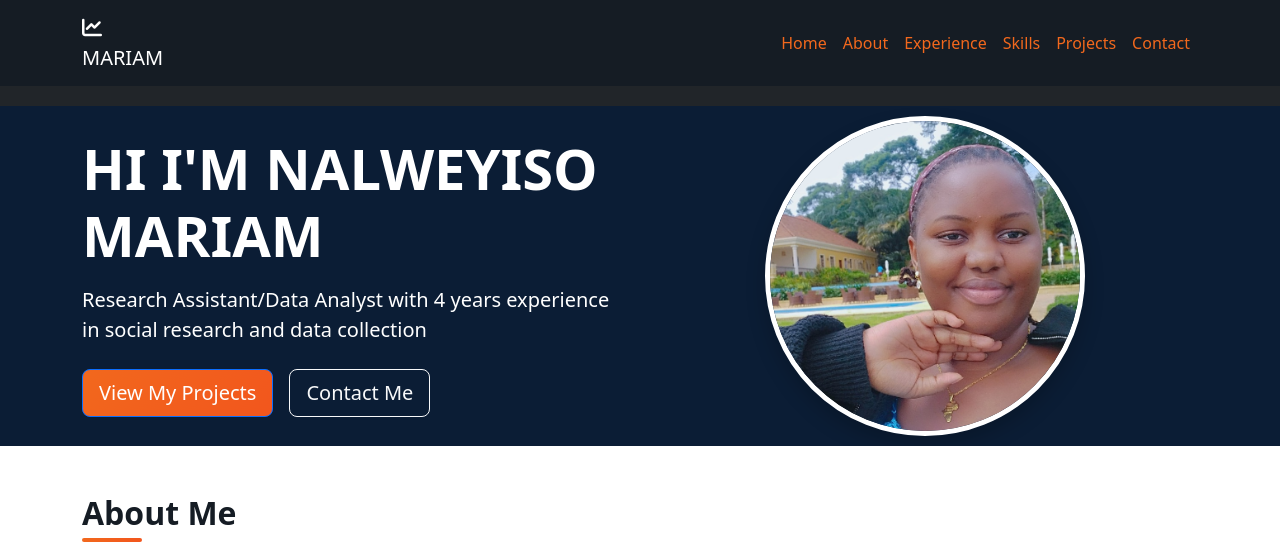
Repository: NalweMari/My-Personal-Portfolio
Page: index.html
The author's editor kept a copy of each file at every save. The page is drawn from the files as they stood at one save, then again after a run of saves.
The browser window is 1280 px wide. The pictures show the part of the page from y = 0 to 560 px (the page is 3723 px tall).
A picture or video elsewhere on the page could not be fetched, so the positions and the page height are approximate.

Above is the page before, as saved 2025-12-05 18:55:40.
Console error (its wording comes from the project's code and is left out).

### index.html
<!DOCTYPE html>
<html lang="en">
<head>
    <meta charset="UTF-8">
    <meta name="viewport" content="width=device-width, initial-scale=1.0">
    <title>Nalweyiso Mariam - Research assistant/Data Analyst </title>
    <link rel="stylesheet" href="style.css">
    <link href="https://cdn.jsdelivr.net/npm/bootstrap@5.3.0/dist/css/bootstrap.min.css" rel="stylesheet">
    <link rel="stylesheet" href="https://cdnjs.cloudflare.com/ajax/libs/font-awesome/6.4.0/css/all.min.css">
</head>
<body>

    <!-- Navigation -->
 <nav class="navbar navbar-expand-lg navbar-dark fixed-top">
        <div class="container">
            <a class="navbar-brand logo" href="#">
                <div class="logo-icon">
                    <i class="fas fa-chart-line"></i>
                </div>
                MARIAM
            </a>
            <button class="navbar-toggler" type="button" data-bs-toggle="collapse" data-bs-target="#navbarNav">
                <span class="navbar-toggler-icon"></span>
            </button>
            <div class="collapse navbar-collapse" id="navbarNav">
                <ul class="navbar-nav ms-auto">
                    <li class="nav-item"><a class="nav-link" href="#home">Home</a></li>
                    <li class="nav-item"><a class="nav-link" href="#about">About</a></li>
                    <li class="nav-item"><a class="nav-link" href="#experience">Experience</a></li>
                    <li class="nav-item"><a class="nav-link" href="#skills">Skills</a></li>
                    <li class="nav-item"><a class="nav-link" href="#portfolio">Projects</a></li>
                    <li class="nav-item"><a class="nav-link" href="#contact">Contact</a></li>
                </ul>
            </div>
        </div>
    </nav>

    <nav class="navbar navbar-expand-lg navbar-dark bg-dark fixed top">
        <div class="container sm">
            <a class="navbar-brand Logo" href="#"><img src="images/Initials_Logo-preview (1).png" alt="Your Logo"
                    height="80"></a> <button class="navbar-toggler" type="button" data- 6 toggle="collapse"
                data-target="#navbarNav" aria-controls="navbarNav" aria-expanded="false" aria-label="Toggle navigation">
                <span class="navbar-toggler-icon"></span> </button>
            <div class="collapse navbar-collapse" id="navbarNav">
                <ul class="navbar-nav ms-auto">
                    <li class="nav-item"><a class="nav-link" href="#home">Home</a></li>
                    <li class="nav-item"><a class="nav-link" href="#about">About</a></li>
                    <li class="nav-item"><a class="nav-link" href="#skills">Skills</a></li>
                    <li class="nav-item"><a class="nav-link" href="#portfolio">Portfolio</a></li>
                    <li class="nav-item"><a class="nav-link" href="#contact">Contact</a></li>
                </ul>
            </div>
        </div>
    </nav>

    <!-- Hero Section -->
    <section id="home" class="hero-section">
        <div class="container">
            <div class="row align-items-center">
                <div class="col-lg-6">
                    <h1 class="display-4 fw-bold mb-3">HI I'M NALWEYISO MARIAM</h1>
                    <p class="lead mb-4">Research Assistant/Data Analyst with 4 years experience in social research and
                        data
                        collection</p>
                    <div class="d-flex flex-wrap gap-3">
                        <a href="#portfolio" class="btn btn-primary btn-lg">View My Projects</a>
                        <a href="#contact" class="btn btn-outline-light btn-lg">Contact Me</a>
                    </div>
                </div>
                <div class="col-lg-6 text-center mt-5 mt-lg-0">
                    <img src="images/Profile design.png" class="profile-image rounded-circle" alt="Nalweyiso Mariam">
                </div>
            </div>
        </div>
    </section>

    <!-- About Section -->
    <section id="about" class="py-5 bg-custom">
        <div class="container">
            <h2 class="section-title">About Me</h2>
            <div class="row align-items-center">
                <div class="col-lg-4 text-center mb-4 mb-lg-0">
                    <img src="images/woman coding.jpg" class="img-fluid rounded shadow" alt="Nalweyiso Mariam"
                        style="max-width: 300px;">
                </div>
                <div class="col-lg-8">
                    <p class="lead"><strong>Motivated and detail-oriented professional with hands-on
                            experience in research and data collection.</strong></p>
                    <p>Currently developing strong analytical capacity with practical learning in Excel,
                        SQL, Python, and data visualization. Skilled in documentation, scheduling,
                        planning, teamwork, and report drafting, with additional beginner-level exposure to web
                        development.</p>
                    <div class="row mt-4">
                        <div class="col-md-6">
                            <ul class="list-unstyled">
                                <li class="mb-2"><i class="fas fa-check text-primary me-2"></i> Social Research</li>
                                <li class="mb-2"><i class="fas fa-check text-primary me-2"></i> Data Analysis</li>
                                <li class="mb-2"><i class="fas fa-check text-primary me-2"></i> Qualitative Methods
                                </li>
                            </ul>
                        </div>
                        <div class="col-md-6">
                            <ul class="list-unstyled">
                                <li class="mb-2"><i class="fas fa-check text-primary me-2"></i> web development</li>
                                <li class="nav-item"><i class="fas fa-check text-primary me-2"></i> Data
                                    Visualization
                                </li>
                                <li class="mb-2"><i class="fas fa-check text-primary me-2"></i> Project
                                    Documentation
                                </li>
                            </ul>
                        </div>
                    </div>
                    <div class="mt-4">
                        <a href="Resume/NALWEYISO-MARIAM-Resume-2025.pdf" class="btn btn-primary me-3"><i
                                class="fas fa-download me-2"></i>Download CV</a>
                        <a href="#contact" class="btn btn-outline-primary">Get In Touch</a>
                    </div>
                </div>
            </div>
        </div>
    </section>
    <!-- Skills Section -->
    <section id="skills" class="py-5">
        <div class="container">
            <h2 class="section-title text-center">My Skills</h2>
            <div class="row">
                <div class="col-md-6">
                    <h5 class="mt-4">Data Analysis & Research</h5>
                    <div class="skill-bar">
                        <div class="skill-progress" style="width: 90%"></div>
                    </div>

                    <h5 class="mt-4">Qualitative Research</h5>
                    <div class="skill-bar">
                        <div class="skill-progress" style="width: 85%"></div>
                    </div>

                    <h5 class="mt-4">Basic Analysis</h5>
                    <div class="skill-bar">
                        <div class="skill-progress" style="width: 70%"></div>
                    </div>

                    <h5 class="mt-4">Data Collection</h5>
                    <div class="skill-bar">
                        <div class="skill-progress" style="width: 88%"></div>
                    </div>
                </div>
                <div class="col-md-6">
                    <h5 class="mt-4">Data Visualization</h5>
                    <div class="skill-bar">
                        <div class="skill-progress" style="width: 65%"></div>
                    </div>

                    <h5 class="mt-4">Documentation</h5>
                    <div class="skill-bar">
                        <div class="skill-progress" style="width: 92%"></div>
                    </div>

                    <h5 class="mt-4">Project Planning</h5>
                    <div class="skill-bar">
                        <div class="skill-progress" style="width: 83%"></div>
                    </div>

                    <h5 class="mt-4">Team Collaboration</h5>
                    <div class="skill-bar">
                        <div class="skill-progress" style="width: 87%"></div>
                    </div>
                </div>
            </div>
        </div>
    </section>

    <!-- Portfolio Section -->
    <section id="portfolio" class="py-5">
        <div class="container">
            <h2 class="section-title text-center">Projects & Practice Work</h2>
            <p class="text-center mb-5">Hands-on projects showcasing my data analysis, research, web development and
                adminstrative skills</p>

            <div class="row">
                <!-- Project 1: GBV Dataset Analysis -->
                <div class="col-lg-4 col-md-6 mb-4">
                    <div class="card project-card">
                        <div class="card-header-accent text-center py-4">
                            <i class="fas fa-database fa-3x"></i>
                        </div>
                        <div class="card-body d-flex flex-column">
                            <h5 class="card-title">GBV Dataset Analysis (Ongoing)</h5>
                            <p class="card-text flex-grow-1">
                                Analyzed Gender-Based Violence dataset using Excel and SQL to identify patterns and
                                create
                                summary reports.
                            </p>
                            <div class="mb-3">
                                <span class="badge badge-primary me-1">Excel</span>
                                <span class="badge badge-secondary me-1">SQL</span>
                                <span class="badge badge-accent">Data Analysis</span>
                            </div>
                            <div class="mt-auto">
                                <p><strong>Output:</strong> Filtered data, basic charts, summary reports</p>
                                <button class="btn btn-primary w-100"
                                    onclick="alert('Project details available upon request')">
                                    <i class="fas fa-info-circle me-1"></i>View Details
                                </button>
                            </div>
                        </div>
                    </div>
                </div>

                <!-- Project 2: Python Data Cleaning -->
                <div class="col-lg-4 col-md-6 mb-4">
                    <div class="card project-card">
                        <div class="card-header-primary text-center py-4">
                            <i class="fab fa-python fa-3x"></i>
                        </div>
                        <div class="card-body d-flex flex-column">
                            <h5 class="card-title">Python Data Cleaning Practice</h5>
                            <p class="card-text flex-grow-1">
                                Created Python scripts for sorting and filtering datasets, practicing data cleaning
                                techniques.
                            </p>
                            <div class="mb-3">
                                <span class="badge badge-primary me-1">Python</span>
                                <span class="badge badge-accent">Data Cleaning</span>
                            </div>
                            <div class="mt-auto">
                                <p><strong>Output:</strong> Simple script for sorting & filtering</p>
                                <button class="btn btn-primary w-100"
                                    onclick="alert('Python code samples available upon request')">
                                    <i class="fas fa-code me-1"></i>View Code
                                </button>
                            </div>
                        </div>
                    </div>
                </div>

                <!-- Project 3: villam hub -->
                <div class="col-lg-4 col-md-6 mb-4">
                    <div class="card project-card">
                        <div class="card-header-accent text-center py-4">
                            <i class="fas fa-chart-line fa-3x"></i>
                        </div>
                        <div class="card-body d-flex flex-column">
                            <h5 class="card-title">Capstone project VILLAM HUB (In Progress)</h5>
                            <p class="card-text flex-grow-1">
                                Team lead
                                Coordinated workflow and task delegation for a 60-member team. Conducting data
                                collection
                                and analysis, app development and design, project ideation and presentation.
                            </p>
                            <div class="mb-3">
                                <span class="badge badge-primary me-1">leadership</span>
                                <span class="badge badge-secondary me-1">Data Analytics</span>
                                <span class="badge badge-accent">Reaserch</span>
                                <span class="badge badge-accent">project plannning</span>
                            </div>
                            <div class="mt-auto">
                                <p><strong>Output:</strong> Visual summary of the project</p>
                                <button class="btn btn-primary w-100" onclick="alert('Website preview coming soon')">
                                    <i class="fas fa-eye me-1"></i>View Website
                                </button>
                            </div>
                        </div>
                    </div>
                </div>
            </div>

            <!-- Second Row of Projects -->
            <div class="row mt-4">
                <!-- Project 4: Personal Webpage -->
                <div class="col-lg-4 col-md-6 mb-4">
                    <div class="card project-card">
                        <div class="card-header-primary text-center py-4">
                            <i class="fas fa-laptop-code fa-3x"></i>
                        </div>
                        <div class="card-body d-flex flex-column">
                            <h5 class="card-title">Basic Personal Business Webpage</h5>
                            <p class="card-text flex-grow-1">
                                Created a static webpage layout using HTML and CSS to practice web development
                                fundamentals.
                            </p>
                            <div class="mb-3">
                                <span class="badge badge-primary me-1">HTML</span>
                                <span class="badge badge-secondary me-1">CSS</span>
                                <span class="badge badge-accent">Web Development</span>
                            </div>
                            <div class="mt-auto">
                                <p><strong>Output:</strong> Static page layout and styling</p>
                                <a href="https://nalwemari.github.io/RoomieSync-H/" class="btn btn-primary w-100">
                                    <i class="fas fa-external-link-alt me-1"></i>View This Website
                                </a>
                            </div>
                        </div>
                    </div>
                </div>

                <!-- Project 5: Research Documentation -->
                <div class="col-lg-4 col-md-6 mb-4">
                    <div class="card project-card">
                        <div class="card-header-accent text-center py-4">
                            <i class="fas fa-file-alt fa-3x"></i>
                        </div>
                        <div class="card-body d-flex flex-column">
                            <h5 class="card-title">Research Documentation</h5>
                            <p class="card-text flex-grow-1">
                                Comprehensive documentation supporting community development projects initiation and
                                execution.
                            </p>
                            <div class="mb-3">
                                <span class="badge badge-primary me-1">Research</span>
                                <span class="badge badge-secondary me-1">Documentation</span>
                                <span class="badge badge-accent">Report Writing</span>
                                <span class="badge badge-accent">Research concepts</span>
                            </div>
                            <div class="mt-auto">
                                <p><strong>Output:</strong> Structured research reports</p>
                                <button class="btn btn-primary w-100"
                                    onclick="alert('Research documentation samples available upon request')">
                                    <i class="fas fa-file-pdf me-1"></i>View Samples
                                </button>
                            </div>
                        </div>
                    </div>
                </div>

                <!-- Project 6: Field Data Collection -->
                <div class="col-lg-4 col-md-6 mb-4">
                    <div class="card project-card">
                        <div class="card-header-primary text-center py-4">
                            <i class="fas fa-clipboard-check fa-3x"></i>
                        </div>
                        <div class="card-body d-flex flex-column">
                            <h5 class="card-title">Field Data Collection System</h5>
                            <p class="card-text flex-grow-1">
                                Assisted in developing and implementing field data collection protocols for
                                community-based research.
                            </p>
                            <div class="mb-3">
                                <span class="badge badge-primary me-1">Field Research</span>
                                <span class="badge badge-secondary me-1">Data Collection</span>
                                <span class="badge badge-accent">Community Work</span>
                            </div>
                            <div class="mt-auto">
                                <p><strong>Output:</strong> Organized field data and observations</p>
                                <button class="btn btn-primary w-100"
                                    onclick="alert('Data collection methodology available upon request')">
                                    <i class="fas fa-clipboard-list me-1"></i>View Methodology
                                </button>
                            </div>
                        </div>
                    </div>
                </div>
            </div>
        </div>
    </section>

    <!-- Contact Section -->
    <section id="contact" class="py-5 bg-light">
        <div class="container">
            <h2 class="section-title text-center">Get In Touch</h2>
            <p class="text-center mb-5">Open to opportunities in research, data analytics, administration, NGOs, and
                development work</p>

            <div class="row">
                <div class="col-lg-8 mx-auto">
                    <div class="row mb-5">
                        <div class="col-md-4 text-center mb-4">
                            <div class="contact-icon">
                                <i class="fas fa-envelope text-white"></i>
                            </div>
                            <h5 style="color: var(--primary-color);">Email</h5>
                            <p>mariammukiibisa@gmail.com</p>
                        </div>
                        <div class="col-md-4 text-center mb-4">
                            <div class="contact-icon">
                                <i class="fas fa-phone text-white"></i>
                            </div>
                            <h5 style="color: var(--primary-color);">Phone</h5>
                            <p>+256 753 745135<br>+256 789 955469</p>
                        </div>
                        <div class="col-md-4 text-center mb-4">
                            <div class="contact-icon">
                                <i class="fas fa-map-marker-alt text-white"></i>
                            </div>
                            <h5 style="color: var(--primary-color);">Location</h5>
                            <p>Kampala, Uganda<br><small>Open to relocation + remote work</small></p>
                        </div>
                        <div class="col-md-4 text-center mb-4">
                            <p><i class="fas fa-language me-2" style="color: var(--accent-1);"></i>
                                <strong>Languages:</strong> English, Luganda
                            </p>
                        </div>
                    </div>

                    <form>
                        <div class="row">
                            <div class="col-md-6 mb-3">
                                <label for="name" class="form-label" style="color: var(--primary-color);">Your
                                    Name</label>
                                <input type="text" class="form-control" id="name" required>
                            </div>
                            <div class="col-md-6 mb-3">
                                <label for="email" class="form-label" style="color: var(--primary-color);">Your
                                    Email</label>
                                <input type="email" class="form-control" id="email" required>
                            </div>
                        </div>
                        <div class="mb-3">
                            <label for="subject" class="form-label" style="color: var(--primary-color);">Subject</label>
                            <input type="text" class="form-control" id="subject" required>
                        </div>
                        <div class="mb-3">
                            <label for="message" class="form-label" style="color: var(--primary-color);">Message</label>
                            <textarea class="form-control" id="message" rows="5" required></textarea>
                        </div>
                        <div class="text-center">
                            <button type="submit" class="btn btn-primary btn-lg">Send Message</button>
                        </div>
                    </form>

                </div>
            </div>
        </div>
    </section>

    <!-- Footer -->
    <footer class="bg-dark text-white py-4">
        <div class="container">
            <div class="row align-items-center">
                <div class="col-md-6 text-center text-md-start">
                    <p class="mb-0">&copy; 2025 Nalweyiso Mariam. All rights reserved.</p>
                </div>
                <div class="col-md-6 text-center text-md-end">
                    <div class="mt-3 mt-md-0">
                        <a href="http://www.linkedin.com/in/nalweyiso-mariam-2a8868233" class="social-icon me-2"><i
                                class="fab fa-linkedin-in"></i></a>
                        <a href="https://github.com/NalweMari " class="social-icon me-2"><i
                                class="fab fa-github"></i></a>
                        <a href="#" class="social-icon me-2"><i class="fab fa-twitter"></i></a>
                        <a href="#" class="social-icon"><i class="fab fa-instagram"></i></a>
                    </div>
                </div>
            </div>
        </div>
    </footer>
    <script src="https://stackpath.bootstrapcdn.com/bootstrap/4.5.2/js/bootstrap.min.js"></script>
</body>

</html>

Loaded but not shown: Style.css (215 lines, source omitted)

After the next 2 saves:
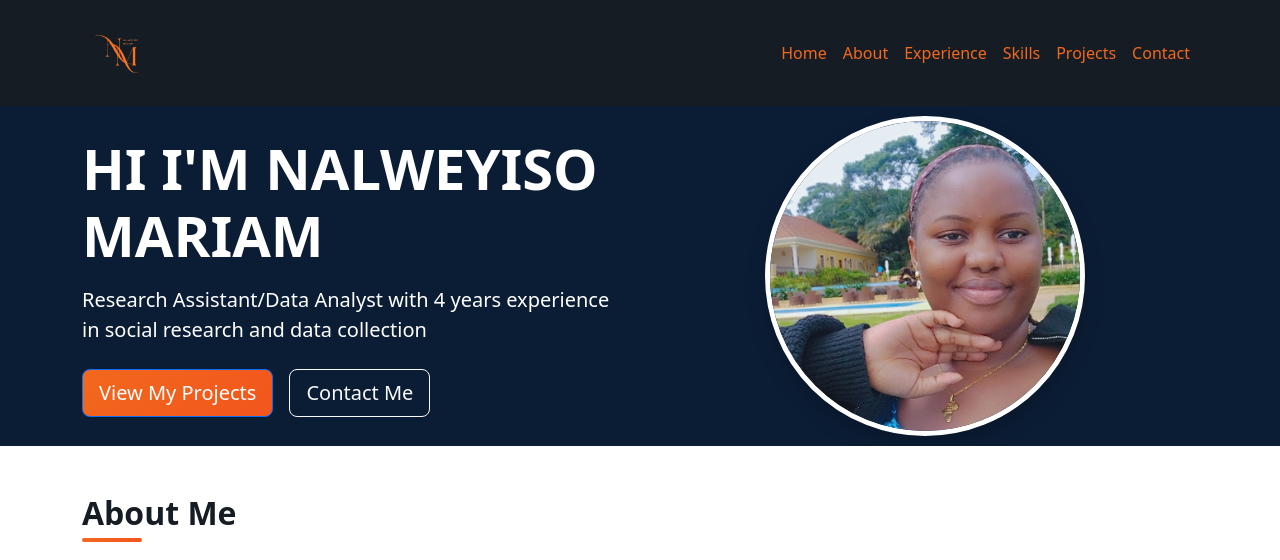
The 2 saves are shown as one change because they came seconds apart.
The last was saved 3 min 21 s later.
--- a/index.html
+++ b/index.html
@@ -13,12 +13,8 @@
     <!-- Navigation -->
  <nav class="navbar navbar-expand-lg navbar-dark fixed-top">
         <div class="container">
-            <a class="navbar-brand logo" href="#">
-                <div class="logo-icon">
-                    <i class="fas fa-chart-line"></i>
-                </div>
-                MARIAM
-            </a>
+                   <a class="navbar-brand Logo" href="#"><img src="images/Initials_Logo-preview (1).png" alt="Your Logo"
+                    height="80"></a>
             <button class="navbar-toggler" type="button" data-bs-toggle="collapse" data-bs-target="#navbarNav">
                 <span class="navbar-toggler-icon"></span>
             </button>
